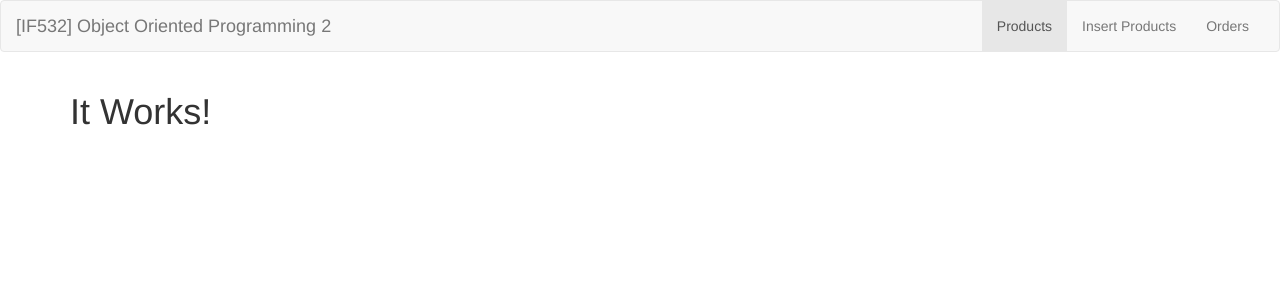
Repository: PrestasiBengis/PBO2-FinalProject
Page: http://localhost/FinalProject_-_Sistem_SKKM/MainFrame.jsp
An editor plug-in stored every save of this project. The page is shown before and after the next save, followed by the edit.
The browser window is 1280 px wide. The pictures show the whole page.
The page is served by Tomcat 9. Other server files are loaded and not shown.

Above is the page before, as saved 2015-05-22 10:18:03.

### FinalProject - Sistem SKKM/WebContent/MainFrame.jsp
<%@ page language="java" contentType="text/html; charset=ISO-8859-1"
    pageEncoding="ISO-8859-1"%>
<%@ page import = "com.fantastic5.skkmprogram.*" %>


<!DOCTYPE html PUBLIC "-//W3C//DTD HTML 4.01 Transitional//EN" "http://www.w3.org/TR/html4/loose.dtd">
<html lang="en">
  <head>
    <meta charset="utf-8">
    <meta http-equiv="X-UA-Compatible" content="IE=edge">
    <meta name="viewport" content="width=device-width, initial-scale=1">
    <!-- The above 3 meta tags *must* come first in the head; any other head content must come *after* these tags -->
    <title>Products - IF532 JSP</title>

    <!-- Bootstrap -->
    <link href="css/bootstrap.min.css" rel="stylesheet">
	<link href="css/dataTables.bootstrap.css" rel="stylesheet">

    <!-- HTML5 shim and Respond.js for IE8 support of HTML5 elements and media queries -->
    <!-- WARNING: Respond.js doesn't work if you view the page via file:// -->
    <!--[if lt IE 9]>
      <script src="https://oss.maxcdn.com/html5shiv/3.7.2/html5shiv.min.js"></script>
      <script src="https://oss.maxcdn.com/respond/1.4.2/respond.min.js"></script>
    <![endif]-->

	<!-- jQuery (necessary for Bootstrap's JavaScript plugins) -->
    <script src="js/jquery-1.11.3.min.js"></script>
    <!-- Include all compiled plugins (below), or include individual files as needed -->
    <script src="js/bootstrap.min.js"></script>
	<script src="js/jquery.dataTables.min.js"></script>
	<script src="js/dataTables.bootstrap.js"></script>

	<style type="text/css">
		body { font-size: 140%; }

		.navbar navbar-default{
			background: #50A5E6;
		}
	</style>



  </head>

  <body>
	<nav class="navbar navbar-default">
		<div class="container-fluid" id="header">
			<!-- Brand and toggle get grouped for better mobile display -->
			<div class="navbar-header">
			  <button type="button" class="navbar-toggle collapsed" data-toggle="collapse" data-target="#bs-example-navbar-collapse-1">
				<span class="sr-only">Toggle navigation</span>
				<span class="icon-bar"></span>
				<span class="icon-bar"></span>
				<span class="icon-bar"></span>
			  </button>
			  <a class="navbar-brand" href="#">[IF532] Object Oriented Programming 2</a>
			</div>

			<!-- Collect the nav links, forms, and other content for toggling -->
			<div class="collapse navbar-collapse" id="bs-example-navbar-collapse-1">
			  <ul class="nav navbar-nav navbar-right">
				<li class="active"><a href="products.jsp">Products</a></li>
				<li><a href="insertProducts.jsp">Insert Products</a></li>
				<li><a href="orders.jsp">Orders<span class="sr-only">(current)</span></a></li>
			  </ul>
			</div><!-- /.navbar-collapse -->
		</div><!-- /.container-fluid -->
	</nav>

	<script type="text/javascript">
		$(document).ready(function() {
			$('#example').dataTable();
		} );
	</script>

	<div class="container">

		<h1> It Works!</h1>
	</div>


  </body>
</html>

Loaded but not shown: FinalProject - Sistem SKKM/WebContent/css/bootstrap.min.css (library); FinalProject - Sistem SKKM/WebContent/css/dataTables.bootstrap.css (common file); FinalProject - Sistem SKKM/WebContent/js/jquery-1.11.3.min.js (library); FinalProject - Sistem SKKM/WebContent/js/bootstrap.min.js (library); FinalProject - Sistem SKKM/WebContent/js/jquery.dataTables.min.js (library); FinalProject - Sistem SKKM/WebContent/js/dataTables.bootstrap.js (common file)

After the next save:
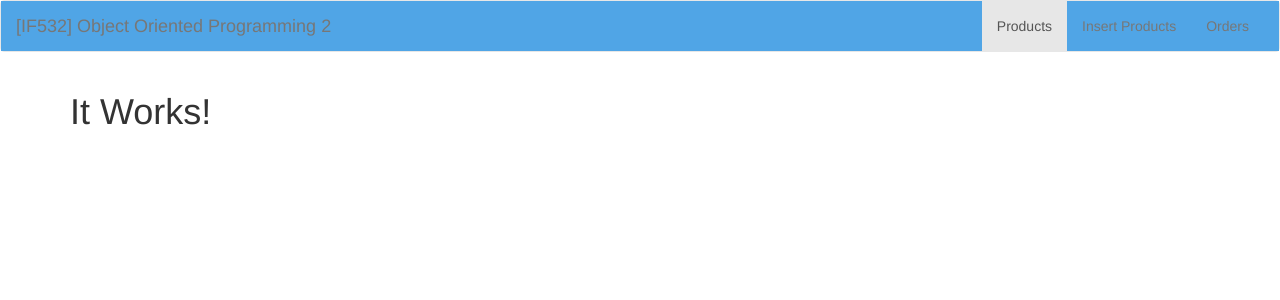
Saved 11 s later.
--- a/FinalProject - Sistem SKKM/WebContent/MainFrame.jsp
+++ b/FinalProject - Sistem SKKM/WebContent/MainFrame.jsp
@@ -33,7 +33,7 @@
 	<style type="text/css">
 		body { font-size: 140%; }
 
-		.navbar navbar-default{
+		#header{
 			background: #50A5E6;
 		}
 	</style>
